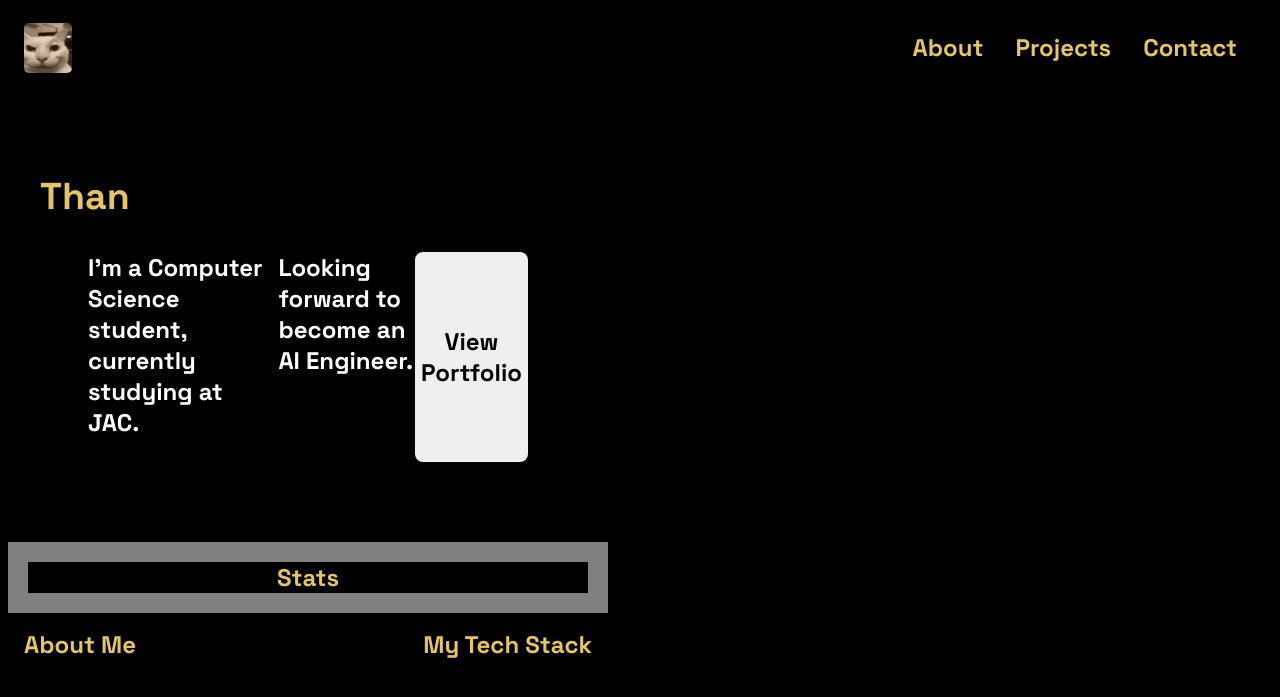
Repository: Than-dot/Than-dot
Page: index.html
These files come from the project's save history. The page is drawn as it stood at one moment and after a run of saves; the edit follows.
The browser window is 1280 px wide. The pictures show the whole page.

Above is the page before, as saved 2026-05-06 12:30:21.

### index.html
<!doctype html>
<html lang="en">
  <head>
    <meta charset="UTF-8" />
    <meta name="viewport" content="width=device-width, initial-scale=1.0" />
    <title>Than</title>
    <link rel="stylesheet" href="styles/global.css" />
    <link rel="stylesheet" href="styles/index.css" />
  </head>

  <body>
    <header>
      <nav>
        <img src="./assets/images/uncanny-cat-freaky.png" alt="cat" />
        <ul class="nav-center">
          <li>About</li>
          <li>Projects</li>
          <li>Contact</li>
        </ul>
      </nav>
    </header>
    <main>
      <section class="container1">
        <article class="f-art"><h1>Than</h1></article>
        <aside class="f-asi">
          <p>I'm a Computer Science student, currently studying at JAC.</p>
          <p>Looking forward to become an AI Engineer.</p>
          <button>View Portfolio</button>
        </aside>
        <article class="stats">Stats</article>
      </section>
    </main>
    <section class="container2">
      <aside class="s-asi">About Me</aside>
      <article class="s-art">My Tech Stack</article>
    </section>
  </body>
</html>

### styles/global.css
@font-face {
  font-family: Space-Grotesk;
  src: url(/assets/font/Space_Grotesk/SpaceGrotesk-VariableFont_wght.ttf);
}

body {
  font-family: Space-Grotesk, sans-serif;
  font-weight: bold;
  font-size: 1.5rem;
}

button {
  font-family: Space-Grotesk, sans-serif;
  font-weight: bold;
  font-size: 1.5rem;
}

.f-art {
  font-size: 2rem;
}

### styles/index.css
body {
  width: 100%;
  max-width: 600px;
  background-color: black;
  color: #e2c46a;
}
.container1 {
  display: flex;
  flex-direction: column;
}

.f-art {
  margin: 2rem;
  margin-top: 3rem;
}

.f-asi {
  display: grid;
  margin-top: 0;
  justify-content: space-between;
}

p {
  margin: 0;
  margin-bottom: 1.5rem;
  color: white;
}

.stats {
  border: 20px solid grey;
  text-align: center;
}

.s-art {
}

.s-asi {
}

.container2 {
  display: flex;
  flex-direction: row;
  justify-content: space-between;
  margin: 1rem;
}

button {
  border-radius: 8px;
  border: none;
}

button:hover {
  box-shadow: 0 6px 12px rgba(0, 0, 0, 0.15);
}

img {
  height: 50px;
  width: auto;
  margin-left: 1rem;
  border-radius: 10%;
}

.nav-center {
  display: flex;
  gap: 32px;
  list-style: none;
  margin-left: 10rem;
}

nav {
  align-items: center;
  display: flex;
  border: white;
}

h1 {
  margin-bottom: 0;
}

@media screen and (min-width: 700px) {
  body {
    width: 100%;
  }
  .nav-center {
    display: flex;
    gap: 32px;
    list-style: none;
    margin-left: 50rem;
  }
  .f-asi {
    display: grid;
    margin-top: 0;
    justify-content: space-between;
  }
  .f-asi {
    display: flex;
    margin: 5rem;
    margin-top: 0;
    justify-content: space-between;
  }
}

After the next 2 saves:
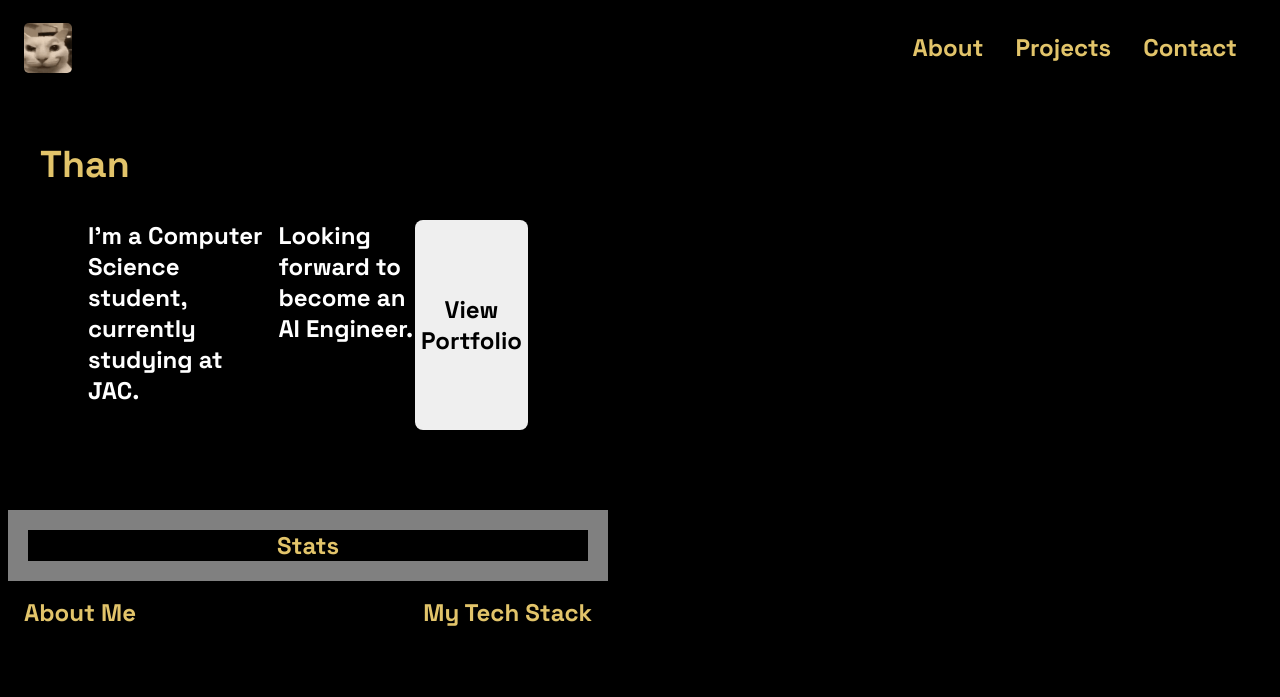
The 2 saves are shown as one change because they came seconds apart.
The last was saved 30 s later.
--- a/styles/index.css
+++ b/styles/index.css
@@ -11,7 +11,7 @@ body {
 
 .f-art {
   margin: 2rem;
-  margin-top: 3rem;
+  margin-top: 1rem;
 }
 
 .f-asi {
